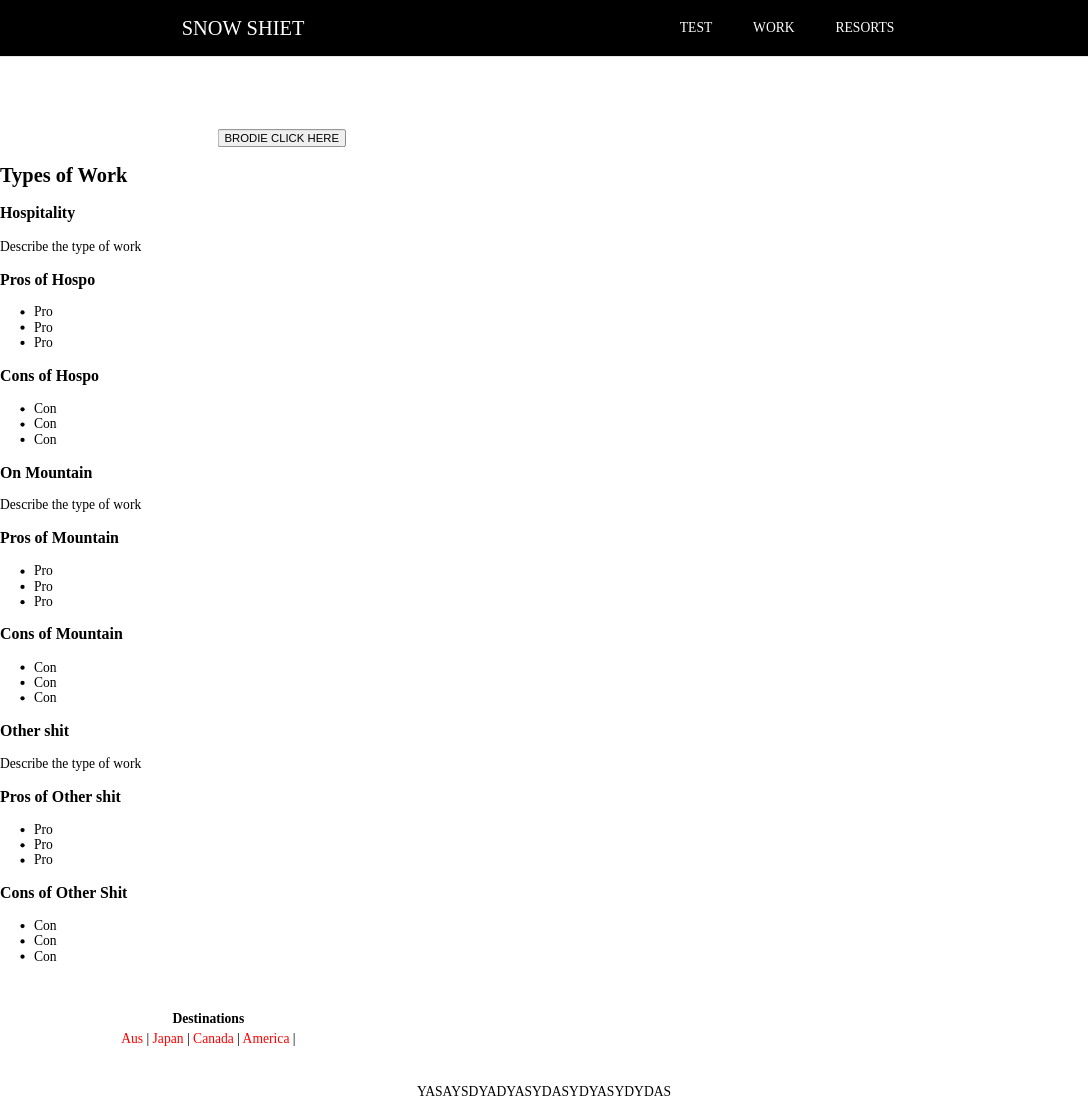
Repository: Jet-Gill-Lee/SnowSite
Page: work-overview.html
An editor plug-in stored every save of this project. The page is shown before and after the next save, followed by the edit.
The browser window is 1280 px wide. The pictures show the whole page, at 85% of full size.

Above is the page before, as saved 2021-07-24 23:50:12.

After the next save:
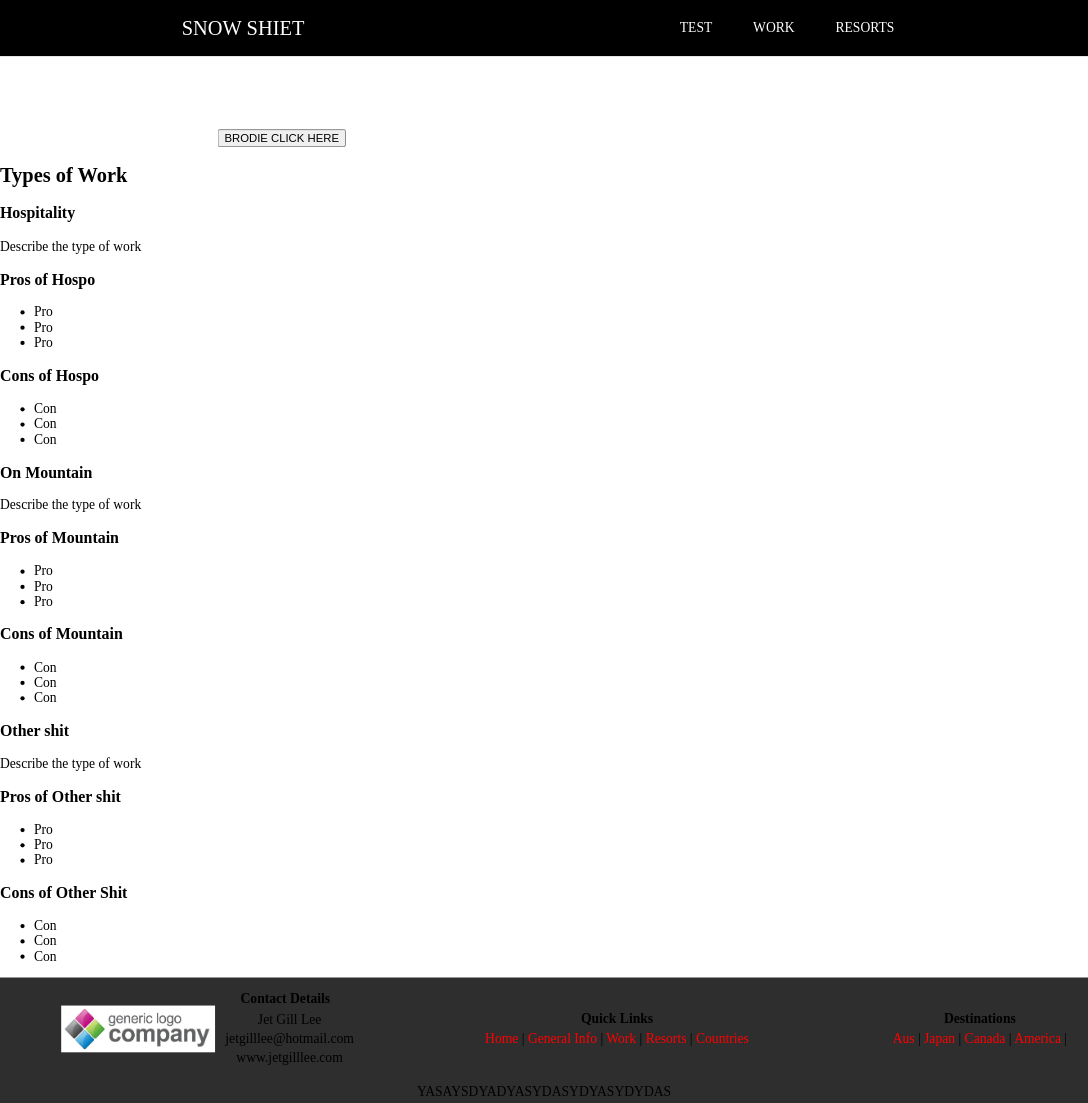
Saved 61 s later.
--- a/work-overview.html
+++ b/work-overview.html
@@ -130,16 +130,38 @@
           </div>
         </section>
     <!-- FOOTER -->
-    <div class="footer-flex-item flex-links">
-      <div class="link-wrapper">
-          <h4>Destinations</h4>
-        <a href="country.html">Aus</a> <span> | </span>
-        <a href="country.html">Japan</a> <span> | </span>
-        <a href="country.html">Canada</a> <span> | </span>
-        <a href="country.html">America</a> <span> | </span>
+    <div class="footer">
+      <div class='footer-flex-container'>
+        <div class="footer-flex-item contact">
+          <img src="./image/generic-logo.jpg" alt="" srcset="" style='width:50%'>
+          <div class="text-wrapper">
+          <h4>Contact Details</h3>
+          <p>Jet Gill Lee</p>
+          <p>jetgilllee@hotmail.com
+          </p>
+          <p>www.jetgilllee.com</p>
+          </div>
+        </div>
+        <div class="footer-flex-item flex-gen-links">
+          <div class='link-wrapper'>
+            <h4>Quick Links</h4>
+          <a href="index.html">Home</a> <span> | </span>
+          <a href="general-info.html">General Info</a><span> | </span>
+          <a href="work-overview.html">Work</a><span> | </span>
+          <a href="resorts-overview.html">Resorts</a><span> | </span>
+          <a href="country-splash.html">Countries</a>
+          </div>
+        </div>
+        <div class="footer-flex-item flex-links">
+          <div class="link-wrapper">
+              <h4>Destinations</h4>
+            <a href="country.html">Aus</a> <span> | </span>
+            <a href="country.html">Japan</a> <span> | </span>
+            <a href="country.html">Canada</a> <span> | </span>
+            <a href="country.html">America</a> <span> | </span>
+          </div>
+        </div>
       </div>
-    </div>
-  </div>
-  <div class="copyright">YASAYSDYADYASYDASYDYASYDYDAS</div>
+      <div class="copyright">YASAYSDYADYASYDASYDYASYDYDAS</div>
 </body>
 </html>
